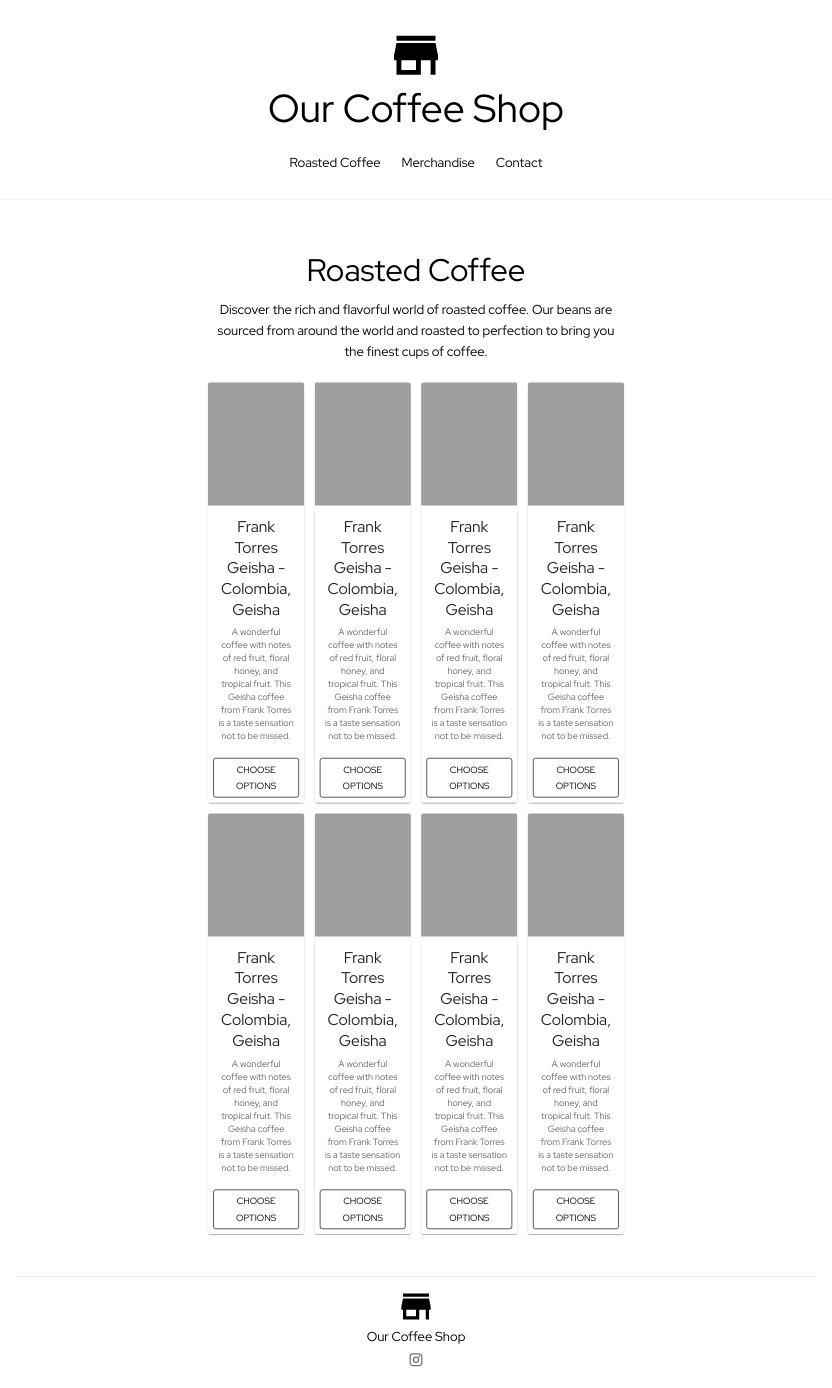
Repository: Cmicula054/Fledge-Coffee
Page: /roasted-coffee
An editor plug-in stored every save of this project. The page is shown before and after the next save, followed by the edit.
The browser window is 1280 px wide. The pictures show the whole page, at 65% of full size.
Pictures or frames that could not be fetched are drawn as grey boxes. Some web fonts or font styles are not loaded; a fallback is used. The project was rebuilt for these pictures with package versions that can differ from the ones it lists, and the page was loaded fresh each time. Also part of the build but not shown: src/components/Merchandise.jsx, src/components/Contact.jsx.

Above is the page before, as saved 2023-12-08 15:14:30.

After the next save:
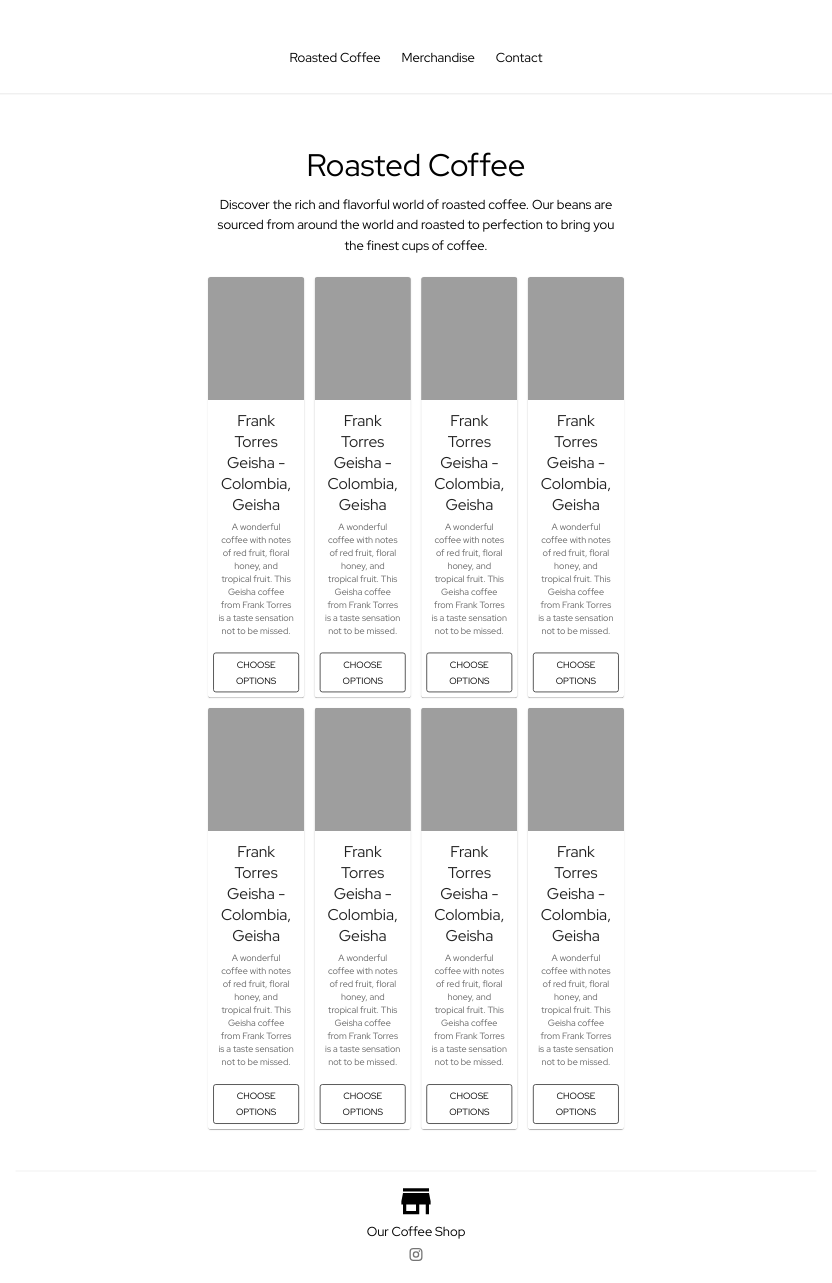
Saved 23 s later.
--- a/src/components/Layout.jsx
+++ b/src/components/Layout.jsx
@@ -20,10 +20,10 @@
     <div>
       <Container>
         <Box my={5} display="flex" flexDirection="column" alignItems="center">
-          <StoreIcon style={{ fontSize: 90 }} />
+          {/* <StoreIcon style={{ fontSize: 90 }} />
           <Typography variant="h2" align="center">
             Our Coffee Shop
-          </Typography>
+          </Typography> */}
           <Box display="flex" justifyContent="center" gap={4} mt={4}>
             <Typography variant="h6">
               <Link
